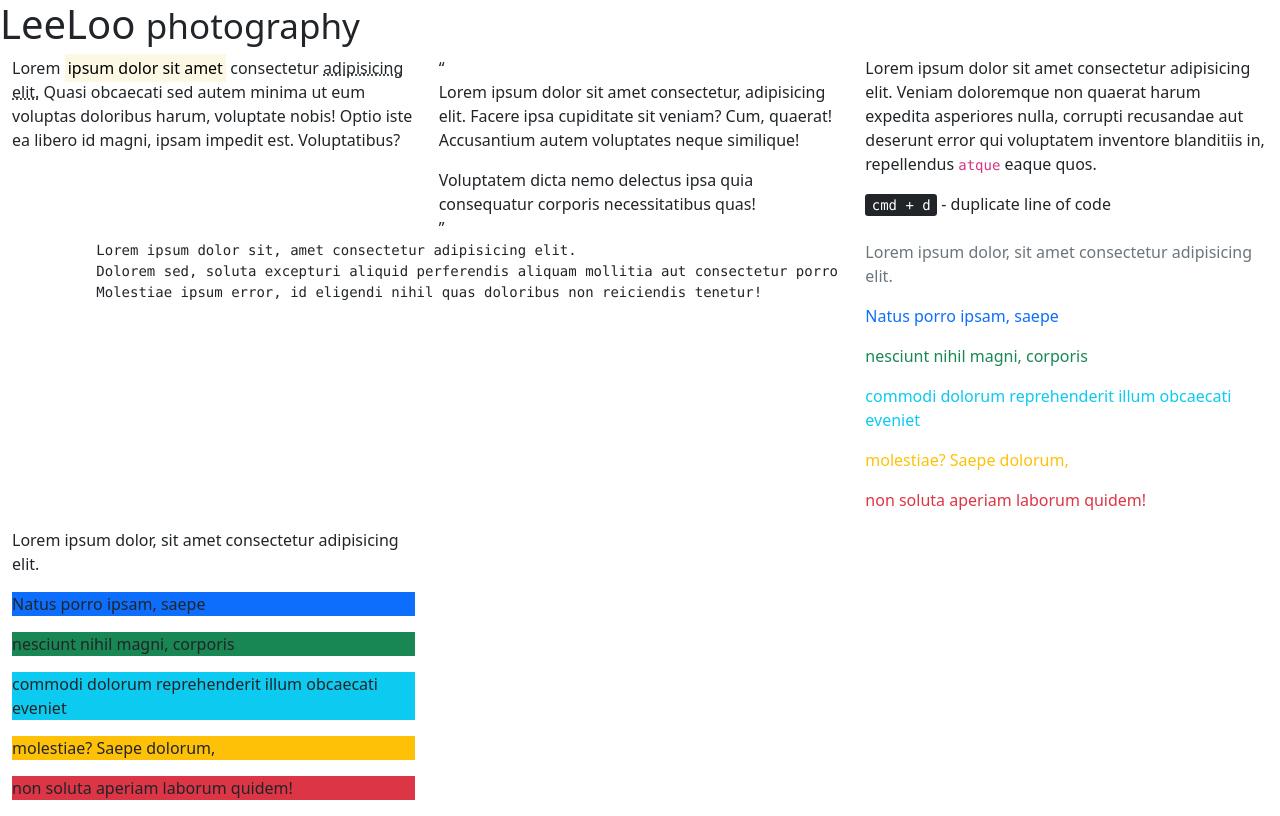
Repository: Zyzik-33/bootstrap-test
Page: index.html
An editor plug-in stored every save of this project. The page is shown before and after the next save, followed by the edit.
The browser window is 1280 px wide. The pictures show the whole page.

Above is the page before, as saved 2021-01-27 15:01:49.

### index.html
<!DOCTYPE html>
<html lang="en">
<head>
  <title>LeeLoo</title>
  <meta charset="UTF-8">
  <meta name="viewport" content="width=device-width, initial-scale=1.0">
  <link href="https://cdn.jsdelivr.net/npm/bootstrap@5.0.0-beta1/dist/css/bootstrap.min.css" rel="stylesheet" integrity="sha384-giJF6kkoqNQ00vy+HMDP7azOuL0xtbfIcaT9wjKHr8RbDVddVHyTfAAsrekwKmP1" crossorigin="anonymous">
  <script src="https://ajax.googleapis.com/ajax/libs/jquery/3.5.1/jquery.min.js"></script>
  <script src="https://cdn.jsdelivr.net/npm/bootstrap@5.0.0-beta1/dist/js/bootstrap.bundle.min.js" integrity="sha384-ygbV9kiqUc6oa4msXn9868pTtWMgiQaeYH7/t7LECLbyPA2x65Kgf80OJFdroafW" crossorigin="anonymous"></script>
</head>
<body>
  <h1>LeeLoo <small>photography</small> </h1>
  <div class="container-fluid">

    <div class="row">
      <div class="col-lg-4">Lorem <mark>ipsum dolor sit amet</mark> consectetur <abbr title="Explanation">adipisicing elit.</abbr> Quasi obcaecati sed autem minima ut eum voluptas doloribus harum, voluptate nobis! Optio iste ea libero id magni, ipsam impedit est. Voluptatibus?</div>
      <div class="col-lg-4">
        <q cite="http://developer.mozilla.org">
          <p>
            Lorem ipsum dolor sit amet consectetur, adipisicing elit. Facere ipsa cupiditate sit veniam? Cum, quaerat!
             Accusantium autem voluptates neque similique!
          </p>
          <footer>
            Voluptatem dicta nemo delectus ipsa quia consequatur corporis necessitatibus quas!
          </footer>
        </q>
      </div>
      <div class="col-lg-4">
        <blockquote class="blockquote-reverse">
          <p>
            Lorem ipsum dolor sit amet consectetur adipisicing elit.
            Veniam doloremque non quaerat harum expedita asperiores nulla,
            corrupti recusandae aut deserunt error qui voluptatem inventore
            blanditiis in, repellendus <code>atque</code> eaque quos.
          </p>
          <footer><kbd>cmd + d</kbd> - duplicate line of code</footer>
        </blockquote>
      </div>
    </div>
    <div class="row">
      <div class="col-lg-8">
        <pre>
          Lorem ipsum dolor sit, amet consectetur adipisicing elit.
          Dolorem sed, soluta excepturi aliquid perferendis aliquam mollitia aut consectetur porro.
          Molestiae ipsum error, id eligendi nihil quas doloribus non reiciendis tenetur!
        </pre>
      </div>
      <div class="col-lg-4">
       <p class="text-muted"> Lorem ipsum dolor, sit amet consectetur adipisicing elit.</p>
       <p class="text-primary">Natus porro ipsam, saepe</p>
       <p class="text-success">nesciunt nihil magni, corporis</p>
       <p class="text-info">commodi dolorum reprehenderit illum obcaecati eveniet</p>
       <p class="text-warning">molestiae? Saepe dolorum,</p>
       <p class="text-danger">non soluta aperiam laborum quidem!</p>
      </div>
    </div>
    <div class="row">
      <div class="col-lg-4">
       <p class="bg-muted"> Lorem ipsum dolor, sit amet consectetur adipisicing elit.</p>
       <p class="bg-primary">Natus porro ipsam, saepe</p>
       <p class="bg-success">nesciunt nihil magni, corporis</p>
       <p class="bg-info">commodi dolorum reprehenderit illum obcaecati eveniet</p>
       <p class="bg-warning">molestiae? Saepe dolorum,</p>
       <p class="bg-danger">non soluta aperiam laborum quidem!</p>
      </div>
      <div class="col-lg-4"></div>
      <div class="col-lg-4"></div>
    </div>
  </div>
</body>
</html>

After the next save:
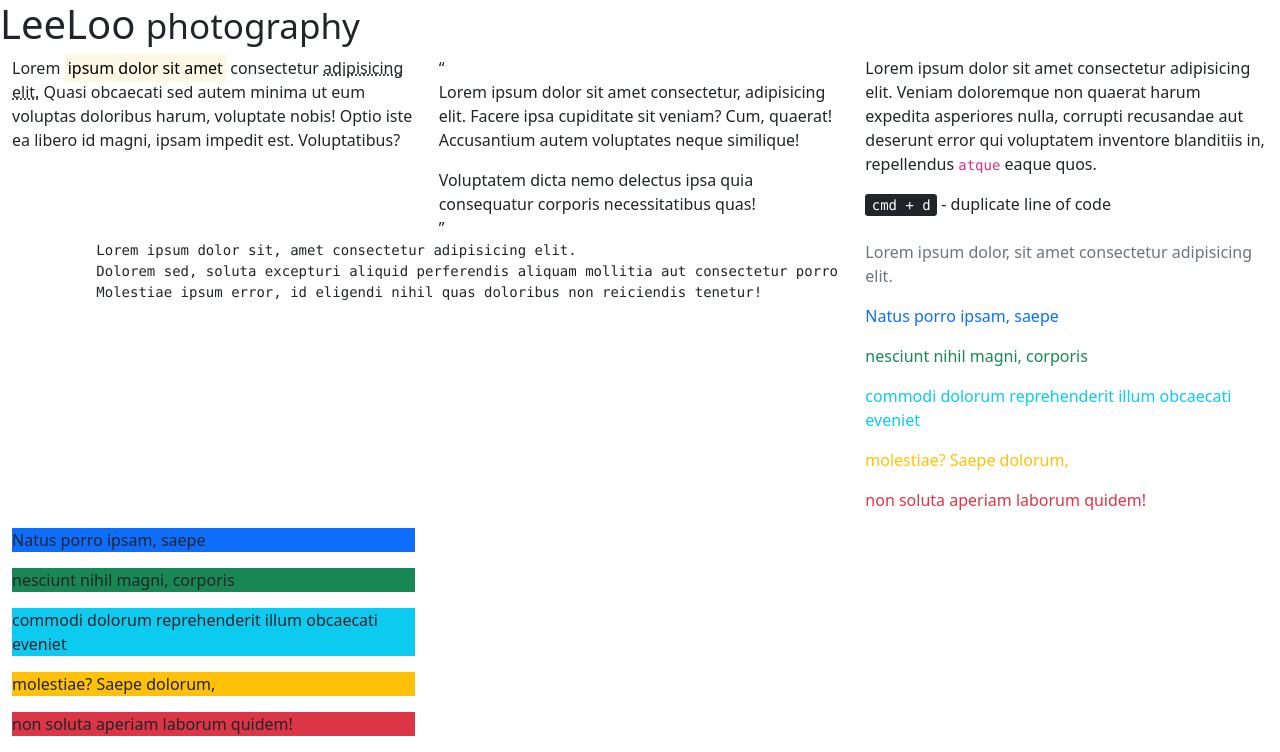
Saved 27 s later.
--- a/index.html
+++ b/index.html
@@ -56,7 +56,6 @@
     </div>
     <div class="row">
       <div class="col-lg-4">
-       <p class="bg-muted"> Lorem ipsum dolor, sit amet consectetur adipisicing elit.</p>
        <p class="bg-primary">Natus porro ipsam, saepe</p>
        <p class="bg-success">nesciunt nihil magni, corporis</p>
        <p class="bg-info">commodi dolorum reprehenderit illum obcaecati eveniet</p>
